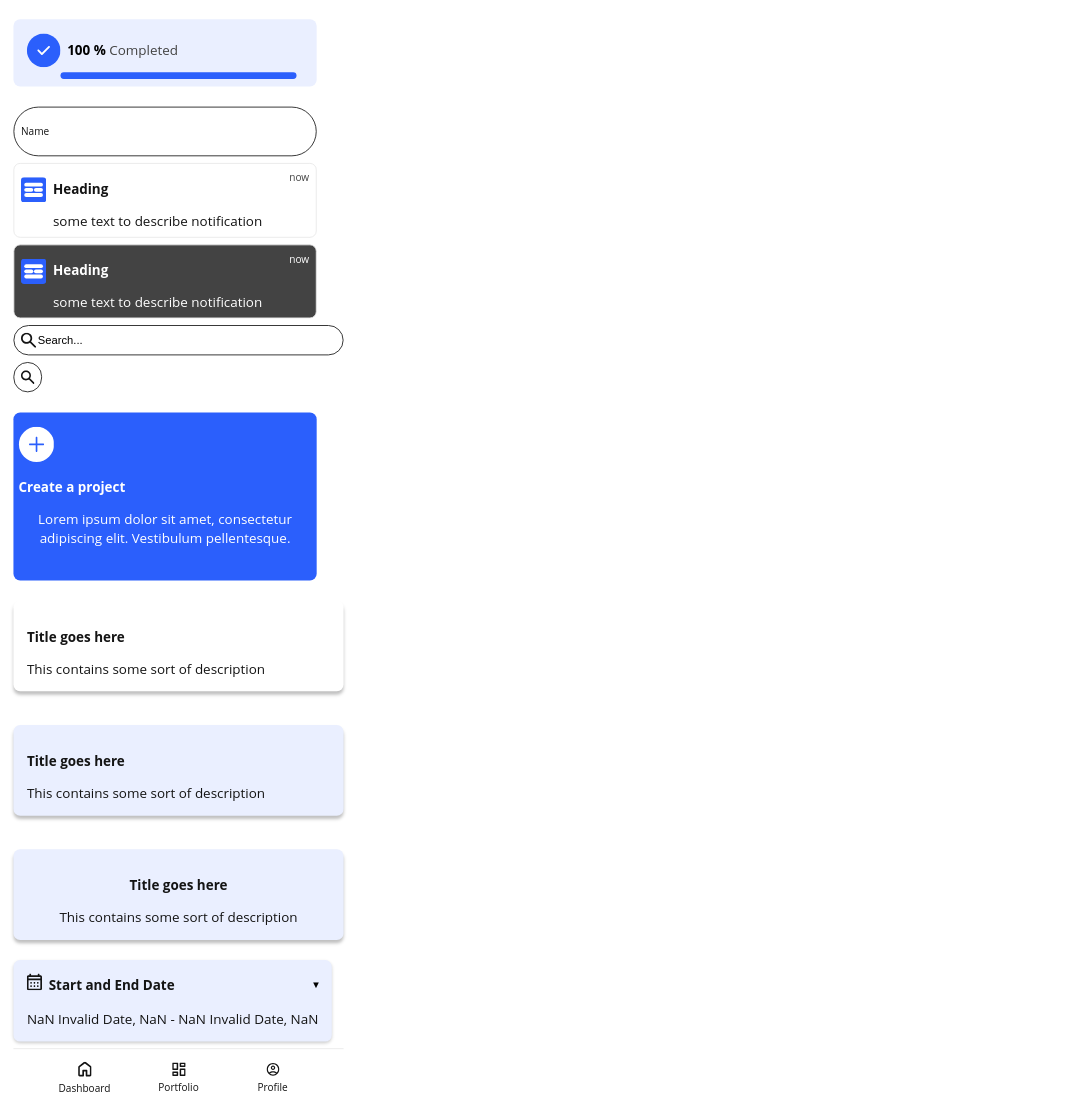
Repository: brunaguarizo/mosaic_app
Page: /
These files come from the project's save history. The page is drawn as it stood at one moment and after the next save; the edit follows.
The browser window is 1280 px wide. The pictures show the whole page, at 84% of full size.
The project was rebuilt for these pictures with package versions that can differ from the ones it lists, and the page was loaded fresh each time. The framework's server and built-in components were replaced by stand-ins that run in the browser. Also part of the build but not shown: next.config.mjs, app/_ui/Button/Button.js, app/_ui/Tag/Tag.js, app/_ui/Project_card/Project_card.js, app/_ui/Date_PopUp/Date_PopUp.module.css, app/_ui/Date_PopUp/Date_PopUp.js.

Above is the page before, as saved 2025-04-18 20:21:14.

### app/page.js
import Styles from "@/app/page.module.css";
import Navbar from "@/app/_ui/navbar/navbar";
import ProjectCard from "./_ui/Project_card/Project_card";
import Button from "./_ui/Button/Button";
import DatePicker from "./_ui/Date_PopUp/Date_PopUp";
import DateCard from "./_ui/Date_Card/Date_Card";
import CreateProject from "./_ui/Create_Project_Button/Create_Project_Button";
import DescriptionBox from "./_ui/Description_Box/Description_Box";
import Searchbar from "./_ui/Search_Bar/Search_Bar";
import Headingbar from "./_ui/Heading_Bar/Heading_Bar";
import NotificationBox from "./_ui/Notification_Box/Notification_Box";
import ProgressBar from "./_ui/Progress_Bar/Progress_Bar";
import SingleInput from "./_ui/Input_Box/Input_Box";

export default function Home() {
    return (
        <div className={Styles.container}>
            <Headingbar
                heading='Heading'
                type='navigation'
            />
            <Headingbar
                heading='Heading'
                type='pagination'
            />
            <Headingbar
                heading='Heading'
                type='search'
            />
            <Headingbar
                heading='Heading'
                type='heading'
            />
            <ProgressBar CompletionAmount={100} />
            <SingleInput
                type='secondary'
                inputName='Name'
                placeholder='Placeholder'
            />
            <NotificationBox
                type='primary'
                notificationHeading='Heading'
                notificationBody='some text to describe notification'
                image='mosaic-favicon'
                time='now'
            />
            <NotificationBox
                type='secondary'
                notificationHeading='Heading'
                notificationBody='some text to describe notification'
                image='mosaic-favicon'
                time='now'
            />
            <Searchbar type='primary' />
            <Searchbar
                type='secondary'
                inputView='invisible'
            />

            <CreateProject />
            <DescriptionBox
                title='Title goes here'
                description='This contains some sort of description'
                useCase='primary'
            />
            <DescriptionBox
                title='Title goes here'
                description='This contains some sort of description'
                useCase='secondary'
            />
            <DescriptionBox
                title='Title goes here'
                description='This contains some sort of description'
                useCase='conditions'
            />
            <DateCard />
            <Navbar />
        </div>
    );
}

### app/globals.css
/* ------------------------------------------------------ GENERAL STYLES ------------------------------------------------------ */
*,
*::before,
*::after {
    box-sizing: inherit;
}

html,
body {
    padding: 0;
    margin: 0;
    font-family: var(--font-family);
    box-sizing: border-box;
}

html {
    display: flex;
    justify-content: center;
    align-items: center;
    width: 393px;
    height: 100%;
    margin: var(--space-regular);
}

.container {
}

.two-column {
    display: grid;
    grid-template-columns: 1fr 1fr;
    gap: var(--space-large);
}

/* ------------------------------------------------------ VARIABLES ------------------------------------------------------ */
:root {
    /* ----- COLORS ----- */
    --blue-primary: rgb(43, 95, 252);
    --blue-50: rgb(234, 239, 255);
    --blue-900: rgb(18, 40, 106);
    --white: #ffffff;
    --black: rgb(20, 20, 20);
    --grey-400: rgb(67, 67, 67);
    --yellow-secondary: rgb(255, 218, 1);
    --orange-secondary: rgb(255, 94, 9);
    --green-secondary: rgb(0, 193, 79);
    --purple-secondary: rgb(154, 65, 255);

    /* ----- TYPE ----- */
    --font-family: "Open Sans", sans-serif;

    --header-xxlarge-size: 88px;
    --title-section-font-size: 30px;
    --button-font-size: 24px;
    --body-text-font-size: 20px;
    --menu-font-size: 16px;
    --label-font-size: 12px;

    --font-style-normal: normal;
    --font-weight-bold: bold;

    --line-height-xxlarge: 100px;
    --line-height-large: 36px;
    --line-height-medium: 28px;
    --line-height-small: 20px;

    /* ----- SPACING ----- */
    --space-small: 8px;
    --space-regular: 16px;
    --space-medium: 32px;
    --space-large: 48px;
    --space-extra-large: 140px;
}

### app/_ui/navbar/navbar.module.css

.nav {
    width: 393px;
    height: 72px;
    justify-content: center;
    align-items: center;
    display: flex;
    flex-direction: row;
    padding: 0;
    margin: 0;
    gap: var(--space-large);
    border-top: 1px solid var(--grey-50);
}

.navbar__item {
    display: flex;
    flex-direction: column;
    justify-content: center;
    align-items: center;
    gap: 4px;
    text-decoration: none;
    width: 60px;
    height: 44px;
    padding-left: 32px;
    padding-right: 32px;
    margin: 0;
}

.navbar__icon {
    max-width: 16px;
    padding: 0;
    margin: 0;
    fill: var(--black);
}

.navbar__text {
    color: var(--black);
    font-size: var(--label-font-size);
    font-weight: var(--font-weight-400);
    line-height: var(--line-height-small);
    text-decoration: none;
    padding: 0;
    margin: 0;
}

.navbar__item:hover .navbar__text,
.navbar__item:hover .navbar__icon,
.navbar__item:active .navbar__text,
.navbar__item:active .navbar__icon {
  color: var(--blue-primary);
  fill: var(--blue-primary);
}

/* ------------------------------------------------------ VARIABLES ------------------------------------------------------ */
:root {
    /* ----- COLORS ----- */
    --blue-primary: rgb(43,95,252);
    --blue-50: rgb(234, 239, 255);
    --blue-900: rgb(18, 40, 106);
    --white: #FFFFFF;
    --grey-50: #E8E8E8;
    --black: rgb(20, 20, 20);
    --grey-400: rgb(67, 67, 67);
    --yellow-secondary: rgb(255, 218, 1);
    --orange-secondary: rgb(255, 94, 9);
    --green-secondary: rgb(0, 193, 79);
    --purple-secondary: rgb(154, 65, 255);

    /* ----- TYPE ----- */
    --font-family: "Open Sans", sans-serif;

    --header-xxlarge-size: 88px;
    --title-section-font-size: 30px;
    --button-font-size: 24px;
    --body-text-font-size: 20px;
    --menu-font-size: 16px;
    --label-font-size: 12px;

    --font-style-normal: normal;
    --font-weight-bold: bold;

    --line-height-xxlarge: 100px;
    --line-height-large: 36px;
    --line-height-medium: 28px;
    --line-height-small: 20px;

    /* ----- SPACING ----- */
    --space-small: 8px;
    --space-regular: 16px;
    --space-medium: 32px;
    --space-large: 48px;
    --space-extra-large: 88px;
  }

### app/_ui/Button/Button.module.css
.button {
    font-family: var(--font-family);
    font-size: var(--font-size-regular);
    font-weight: var(--font-weight-bold);
    width: 100%;
    padding-top: var(--space-small);
    padding-left: var(--space-regular);
    padding-right: var(--space-regular);
    padding-bottom: var(--space-small);
    border-radius: 100px;
    align-items: center;
    border: none;

    &:hover {
        background-color: var(--blue-900);
        color: var(--white);
    }
}

.primary {
    background: var(--blue-primary);
    color: var(--white);
}

.secondary {
    background-color: var(--white);
    border: 1px solid var(--blue-primary);
    color: var(--blue-primary);
}

.disabled {
    pointer-events: none;
    color: var(--white);
    background-color: var(--blue-100);
}

.small {
    font-size: var(--font-size-small);
    padding: var(--space-small);
    align-items: center;
}

.large {
    font-size: var(--font-size-large);
    padding: var(--space-regular);
}

.error {
    background-color: var(--orange-secondary);
}

/* ------------------------------------------------------ VARIABLES ------------------------------------------------------ */
:root {
    /* ----- COLORS ----- */
    --blue-primary: rgb(43, 95, 252);
    --blue-50: rgb(234, 239, 255);
    --blue-100: #bdcdfe;
    --blue-900: rgb(18, 40, 106);
    --white: #ffffff;
    --black: rgb(20, 20, 20);
    --grey-400: rgb(67, 67, 67);
    --yellow-secondary: rgb(255, 218, 1);
    --orange-secondary: rgb(255, 94, 9);
    --green-secondary: rgb(0, 193, 79);
    --purple-secondary: rgb(154, 65, 255);

    /* ----- TYPE ----- */
    --font-family: "Open Sans", sans-serif;

    --font-size-extra-large: 30px;
    --font-size-large: 24px;
    --font-size-medium: 20px;
    --font-size-regular: 16px;
    --font-size-small: 12px;

    --font-style-normal: normal;
    --font-weight-bold: bold;

    --line-height-xxlarge: 100px;
    --line-height-large: 36px;
    --line-height-medium: 28px;
    --line-height-small: 20px;

    /* ----- SPACING ----- */
    --space-small: 8px;
    --space-regular: 16px;
    --space-medium: 32px;
    --space-large: 48px;
    --space-extra-large: 140px;
}

### app/_ui/Date_Card/Date_Card.module.css
.card {
    background-color: var(--blue-50);
    border-radius: var(--space-small);
    padding: var(--space-regular);
    gap: var(--space-regular);
    box-shadow: 0 2px 4px rgba(0, 0, 0, 0.2);
    font-family: var(--font-family);
    cursor: pointer;
    display: flex;
    flex-direction: column;
    width: fit-content;
}

.header {
    display: flex;
    align-items: center;
    gap: var(--space-small);
    font-size: var(--font-size-regular);
    font-weight: var(--font-weight-bold);
    color: var(--black);
}

.label {
    flex-grow: 1;
}

.arrow {
    font-size: var(--font-size-small);
    color: black;
}

.arrow:hover {
    font-size: var(--font-size-small);
    color: var(--blue-primary);
}

.dateRange {
    margin-top: 2px;
    font-size: var(--font-size-regular);
    color: var(--black);
}

/* ------------------------------------------------------ VARIABLES ------------------------------------------------------ */
:root {
    /* ----- COLORS ----- */
    --blue-primary: rgb(43, 95, 252);
    --blue-50: rgb(234, 239, 255);
    --blue-100: #bdcdfe;
    --blue-900: rgb(18, 40, 106);
    --white: #ffffff;
    --black: rgb(20, 20, 20);
    --grey-400: rgb(67, 67, 67);
    --yellow-secondary: rgb(255, 218, 1);
    --orange-secondary: rgb(255, 94, 9);
    --green-secondary: rgb(0, 193, 79);
    --purple-secondary: rgb(154, 65, 255);

    /* ----- TYPE ----- */
    --font-family: "Open Sans", sans-serif;

    --font-size-extra-large: 30px;
    --font-size-large: 24px;
    --font-size-medium: 20px;
    --font-size-regular: 16px;
    --font-size-small: 12px;

    --font-style-normal: normal;
    --font-weight-bold: bold;

    --line-height-xxlarge: 100px;
    --line-height-large: 36px;
    --line-height-medium: 28px;
    --line-height-small: 20px;

    /* ----- SPACING ----- */
    --space-small: 8px;
    --space-regular: 16px;
    --space-medium: 32px;
    --space-large: 48px;
    --space-extra-large: 140px;
}

### app/_ui/Create_Project_Button/Create_Project_Button.module.css
.button_background {
    background-color: var(--blue-primary);
    border-radius: var(--space-small);
    border: none;
    width: 361px;
    height: 200px;
    display: flex;
    flex-direction: column;
    margin-top: var(--space-regular);
}

.button_icon {
    width: 42px;
    height: 42px;
    align-self: center;
    box-sizing: content-box;
    margin-top: var(--space-regular);
}

.button_heading {
    text-align: center;
    font-family: "Open Sans", sans-serif;
    font-size: var(--menu-font-size);
    font-weight: var(--font-weight-bold);
    color: white;
    padding: 0px;
    border: 0px;
    margin-top: var(--space-regular);
    margin-bottom: 0px;
}

.button_description {
    font-family: "Open Sans", sans-serif;
    font-size: var(--menu-font-size);
    font-style: var(--font-weight-normal);
    color: white;
    border: 0px;
    padding: 0px;
    margin-top: var(--space-regular);
    margin-bottom: 0px;
}
/* ------------------------------------------------------ VARIABLES ------------------------------------------------------ */
:root {
    /* ----- COLORS ----- */
    --blue-primary: rgb(43, 95, 252);
    --blue-50: rgb(234, 239, 255);
    --blue-900: rgb(18, 40, 106);
    --white: #ffffff;
    --grey-50: #e8e8e8;
    --black: rgb(20, 20, 20);
    --grey-400: rgb(67, 67, 67);
    --yellow-secondary: rgb(255, 218, 1);
    --orange-secondary: rgb(255, 94, 9);
    --green-secondary: rgb(0, 193, 79);
    --purple-secondary: rgb(154, 65, 255);

    /* ----- TYPE ----- */
    --font-family: "Open Sans", sans-serif;

    --header-xxlarge-size: 88px;
    --title-section-font-size: 30px;
    --button-font-size: 24px;
    --body-text-font-size: 20px;
    --menu-font-size: 16px;
    --label-font-size: 12px;

    --font-style-normal: normal;
    --font-weight-bold: bold;

    --line-height-xxlarge: 100px;
    --line-height-large: 36px;
    --line-height-medium: 28px;
    --line-height-small: 20px;

    /* ----- SPACING ----- */
    --space-small: 8px;
    --space-regular: 16px;
    --space-medium: 32px;
    --space-large: 48px;
    --space-extra-large: 140px;
}

### app/_ui/Search_Bar/Search_Bar.module.css
.primary {
    border: 1px solid var(--black);
    padding: var(--space-small);
    box-sizing: content-box;
    display: flex;
    flex-direction: row;
    border-radius: var(--border-radius-large);
}

.secondary {
    border: 1px solid var(--black);
    border-radius: var(--border-radius-large);
    width: var(--space-regular);
}

.visible {
    border: none;
}
.invisible {
    display: none;
}

.search_item {
    border: none;
}

.search_item:focus {
    outline: none;
    box-shadow: none;
}

/* ------------------------------------------------------ VARIABLES ------------------------------------------------------ */
:root {
    /* ----- COLORS ----- */
    --blue-primary: rgb(43, 95, 252);
    --blue-50: rgb(234, 239, 255);
    --blue-900: rgb(18, 40, 106);
    --white: #ffffff;
    --grey-50: #e8e8e8;
    --black: rgb(20, 20, 20);
    --grey-400: rgb(67, 67, 67);
    --yellow-secondary: rgb(255, 218, 1);
    --orange-secondary: rgb(255, 94, 9);
    --green-secondary: rgb(0, 193, 79);
    --purple-secondary: rgb(154, 65, 255);

    /* ----- BORDER RADIUS ----- */
    --border-radius-large: 100px;

    /* ----- TYPE ----- */
    --font-family: "Open Sans", sans-serif;

    --header-xxlarge-size: 88px;
    --title-section-font-size: 30px;
    --button-font-size: 24px;
    --body-text-font-size: 20px;
    --menu-font-size: 16px;
    --label-font-size: 12px;

    --font-style-normal: normal;
    --font-weight-bold: bold;

    --line-height-xxlarge: 100px;
    --line-height-large: 36px;
    --line-height-medium: 28px;
    --line-height-small: 20px;

    /* ----- SPACING ----- */
    --space-small: 8px;
    --space-regular: 16px;
    --space-medium: 32px;
    --space-large: 48px;
    --space-extra-large: 140px;
}

### app/_ui/Heading_Bar/Heading_Bar.module.css
.contentInner {
    display: flex;
    flex-direction: column;
    gap: var(--space-regular);
}

.row {
    display: flex;
    align-items: center;
}

.heading {
    flex-grow: 1;
    text-align: center;
    font-weight: var(--font-weight-normal);
    font-size: var(--button-font-size);
}

.icon {
    color: var(--blue-50);
    display: flex;
    align-items: center;
    justify-content: center;
}
.visible {
    display: flex;
}

.hidden {
    display: none;
}

.iconButton {
    background: none;
    border: none;
    color: var(--blue-50);
    display: flex;
    align-items: center;
    justify-content: center;
    padding: var(--space-small);
}

.iconButton:hover {
    background-color: var(--blue-50);
    border-radius: var(--border-radius-large);
}

.pagination {
    flex-grow: 1;
    text-align: right;
    color: var(--black);
    font-size: var(--menu-font-size);
    padding-right: var(--space-small);
}
/* ------------------------------------------------------ VARIABLES ------------------------------------------------------ */
:root {
    /* ----- COLORS ----- */
    --blue-primary: rgb(43, 95, 252);
    --blue-50: rgb(234, 239, 255);
    --blue-900: rgb(18, 40, 106);
    --white: #ffffff;
    --grey-50: #e8e8e8;
    --black: rgb(20, 20, 20);
    --grey-400: rgb(67, 67, 67);
    --yellow-secondary: rgb(255, 218, 1);
    --orange-secondary: rgb(255, 94, 9);
    --green-secondary: rgb(0, 193, 79);
    --purple-secondary: rgb(154, 65, 255);

    /* ----- BORDER RADIUS ----- */
    --border-radius-large: 100px;

    /* ----- TYPE ----- */
    --font-family: "Open Sans", sans-serif;

    --header-xxlarge-size: 88px;
    --title-section-font-size: 30px;
    --button-font-size: 24px;
    --body-text-font-size: 20px;
    --menu-font-size: 16px;
    --label-font-size: 12px;

    --font-style-normal: normal;
    --font-weight-bold: bold;

    --line-height-xxlarge: 100px;
    --line-height-large: 36px;
    --line-height-medium: 28px;
    --line-height-small: 20px;

    /* ----- SPACING ----- */
    --space-small: 8px;
    --space-regular: 16px;
    --space-medium: 32px;
    --space-large: 48px;
    --space-extra-large: 140px;
}

### app/_ui/Progress_Bar/Progress_Bar.module.css
.background {
    background-color: var(--blue-50);
    display: flex;
    flex-direction: row;
    border-radius: var(--space-small);
    align-items: center;
    padding: 16px;
    width: 361px;
    height: 80px;
    margin-top: var(--space-regular);
}
.icon {
    color: var(--blue-primary);
}

.content_row {
    display: flex;
    flex-direction: column;
}

.bar_text {
    display: flex;
    flex-direction: row;
    align-items: center;
}
.bar_completion,
.bar_amount {
    font-family: var(--font-family);
}
.bar_completion {
    color: var(--grey-400);
}
.bar_amount {
    font-size: var(--menu-font-size);
    padding-right: 4px;
}
.bar_text {
    padding-left: var(--space-small);
}

.bar {
    background-color: var(--blue-primary);
    width: 281px;
    height: var(--space-small);
    border-radius: var(--space-small);
}

/* ------------------------------------------------------ VARIABLES ------------------------------------------------------ */
:root {
    /* ----- COLORS ----- */
    --blue-primary: rgb(43, 95, 252);
    --blue-50: rgb(234, 239, 255);
    --blue-900: rgb(18, 40, 106);
    --white: #ffffff;
    --grey-50: #e8e8e8;
    --black: rgb(20, 20, 20);
    --grey-400: rgb(67, 67, 67);
    --yellow-secondary: rgb(255, 218, 1);
    --orange-secondary: rgb(255, 94, 9);
    --green-secondary: rgb(0, 193, 79);
    --purple-secondary: rgb(154, 65, 255);

    /* ----- TYPE ----- */
    --font-family: "Open Sans", sans-serif;

    --header-xxlarge-size: 88px;
    --title-section-font-size: 30px;
    --button-font-size: 24px;
    --body-text-font-size: 20px;
    --menu-font-size: 16px;
    --label-font-size: 12px;

    --font-style-normal: normal;
    --font-weight-bold: bold;

    --line-height-xxlarge: 100px;
    --line-height-large: 36px;
    --line-height-medium: 28px;
    --line-height-small: 20px;

    /* ----- SPACING ----- */
    --space-small: 8px;
    --space-regular: 16px;
    --space-medium: 32px;
    --space-large: 48px;
    --space-extra-large: 140px;
}

### app/_ui/Input_Box/Input_Box.module.css
.primary {
    border: 1px solid var(--black);
    border-radius: 100px;
    width: 361px;
}

.hidden {
    display: none;
}

.secondary {
    border: 1px solid var(--black);
    padding: 8px;
    margin-top: var(--space-regular);
    border-radius: 100px;
    width: 361px;
}

.input_name {
    font-family: var(--font-family);
    font-size: var(--label-font-size);
    color: var(--black);
}

/* ------------------------------------------------------ VARIABLES ------------------------------------------------------ */
:root {
    /* ----- COLORS ----- */
    --blue-primary: rgb(43, 95, 252);
    --blue-50: rgb(234, 239, 255);
    --blue-900: rgb(18, 40, 106);
    --white: #ffffff;
    --grey-50: #e8e8e8;
    --black: rgb(20, 20, 20);
    --grey-400: rgb(67, 67, 67);
    --yellow-secondary: rgb(255, 218, 1);
    --orange-secondary: rgb(255, 94, 9);
    --green-secondary: rgb(0, 193, 79);
    --purple-secondary: rgb(154, 65, 255);

    /* ----- TYPE ----- */
    --font-family: "Open Sans", sans-serif;

    --header-xxlarge-size: 88px;
    --title-section-font-size: 30px;
    --button-font-size: 24px;
    --body-text-font-size: 20px;
    --menu-font-size: 16px;
    --label-font-size: 12px;

    --font-style-normal: normal;
    --font-weight-bold: bold;

    --line-height-xxlarge: 100px;
    --line-height-large: 36px;
    --line-height-medium: 28px;
    --line-height-small: 20px;

    /* ----- SPACING ----- */
    --space-small: 8px;
    --space-regular: 16px;
    --space-medium: 32px;
    --space-large: 48px;
    --space-extra-large: 140px;
}

### app/_ui/Tag/Tag.module.css
.tag {
    font-family: var(--font-family);
    font-size: var(--font-size-small);
    font-weight: var(--font-weight-regular);
    width: 80px;
    padding: var(--space-extra-small);
    border-radius: 100px;
    border: none;
    background-color: var(--orange-secondary);

    display: flex;
    justify-content: center;
    align-items: center;
    text-align: center;
}

/* ------------------------------------------------------ VARIABLES ------------------------------------------------------ */
:root {
    /* ----- COLORS ----- */
    --blue-primary: rgb(43, 95, 252);
    --blue-50: rgb(234, 239, 255);
    --blue-100: #bdcdfe;
    --blue-900: rgb(18, 40, 106);
    --white: #ffffff;
    --black: rgb(20, 20, 20);
    --grey-400: rgb(67, 67, 67);
    --yellow-secondary: rgb(255, 218, 1);
    --orange-secondary: rgb(255, 94, 9);
    --green-secondary: rgb(0, 193, 79);
    --purple-secondary: rgb(154, 65, 255);

    /* ----- TYPE ----- */
    --font-family: "Open Sans", sans-serif;

    --font-size-extra-large: 30px;
    --font-size-large: 24px;
    --font-size-medium: 20px;
    --font-size-regular: 16px;
    --font-size-small: 12px;

    --font-style-normal: normal;
    --font-weight-bold: bold;

    --line-height-xxlarge: 100px;
    --line-height-large: 36px;
    --line-height-medium: 28px;
    --line-height-small: 20px;

    /* ----- SPACING ----- */
    --space-extra-small: 4px;
    --space-small: 8px;
    --space-regular: 16px;
    --space-medium: 32px;
    --space-large: 48px;
    --space-extra-large: 140px;
}

Loaded but not shown: app/layout.js (common file); app/_ui/Heading_Bar/Heading_Bar.js (110 lines, source omitted); app/_ui/navbar/navbar.js (56 lines, source omitted); app/_ui/Date_Card/Date_Card.js (50 lines, source omitted); app/_ui/Search_Bar/Search_Bar.js (36 lines, source omitted); app/_ui/Create_Project_Button/Create_Project_Button.js (38 lines, source omitted); app/_ui/Progress_Bar/Progress_Bar.js (38 lines, source omitted); app/_ui/Notification_Box/Notification_Box.js (37 lines, source omitted); app/_ui/Input_Box/Input_Box.js (27 lines, source omitted); app/_ui/Description_Box/Description_Box.js (18 lines, source omitted); app/page.module.css (174 lines, source omitted); app/_ui/Description_Box/Description_Box.module.css (94 lines, source omitted); app/_ui/Notification_Box/Notification_Box.module.css (107 lines, source omitted); app/_ui/Project_card/Project_card.module.css (102 lines, source omitted)

After the next save:
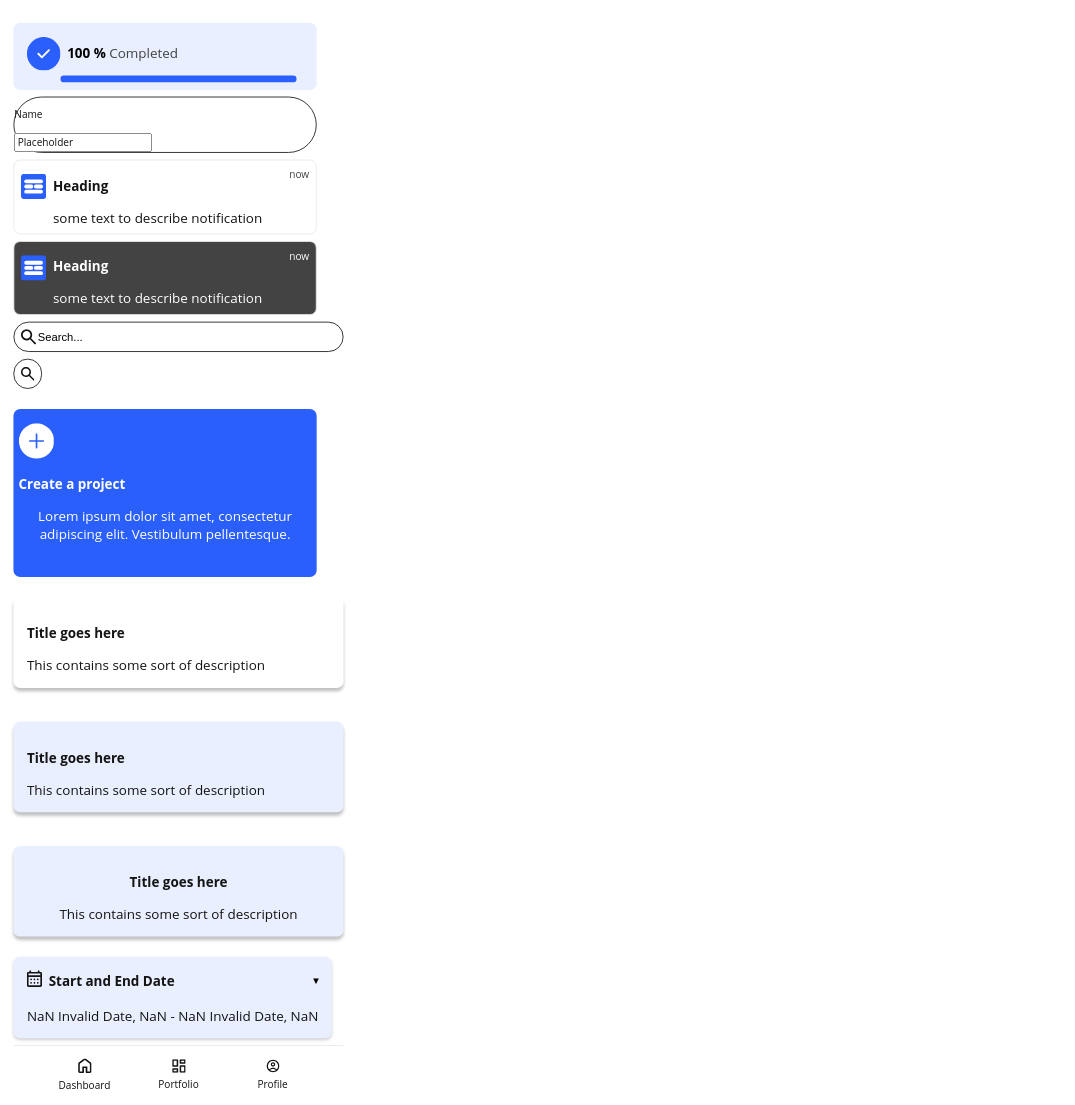
Saved 14 s later.
--- a/app/page.js
+++ b/app/page.js
@@ -33,7 +33,6 @@ export default function Home() {
             />
             <ProgressBar CompletionAmount={100} />
             <SingleInput
-                type='secondary'
                 inputName='Name'
                 placeholder='Placeholder'
             />
